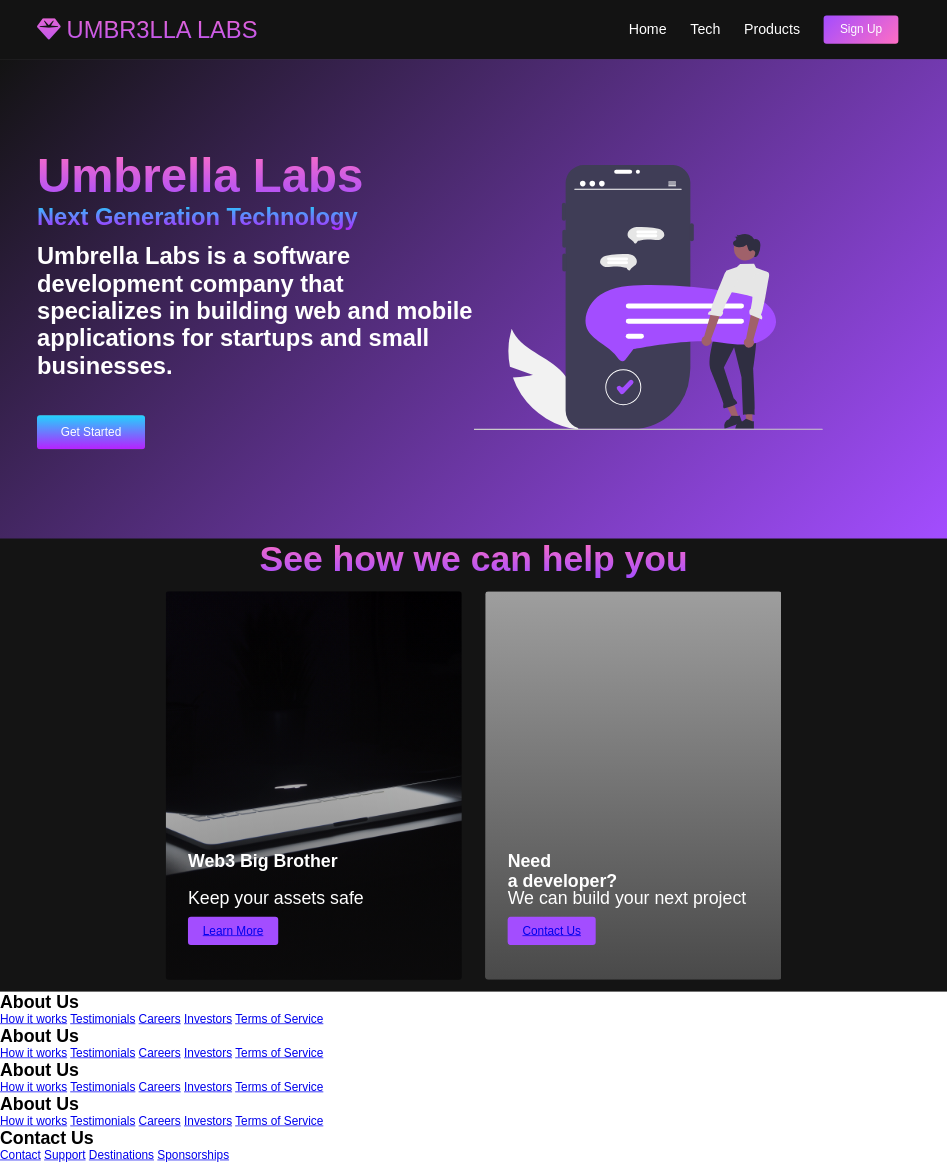
Repository: MikeeBuilds/umbr3lla
Page: index.html
These files come from the project's save history. The page is drawn as it stood at one moment and after the next save; the edit follows.
The browser window is 1280 px wide. The pictures show the whole page, at 74% of full size.
Pictures or frames that could not be fetched are drawn as grey boxes. Some web fonts or font styles are not loaded; a fallback is used. Some web libraries are served in a nearby version.

Above is the page before, as saved 2023-05-27 21:21:56.

### index.html
<!DOCTYPE html>
<html lang="en">
  <head>
    <meta charset="UTF-8" />
    <meta http-equiv="X-UA-Compatible" content="IE=edge" />
    <meta name="viewport" content="width=device-width, initial-scale=1.0" />
    <title>Umbr3lla Labs</title>
    <link
      rel="stylesheet"
      href="https://cdnjs.cloudflare.com/ajax/libs/font-awesome/5.15.3/css/all.min.css"
    />

    <link rel="stylesheet" href="styles.css" />
    <script src="https://kit.fontawesome.com/f8f61e487a.js" crossorigin="anonymous"></script>
    <link rel="stylesheet" href="https://fonts.goggleapis.com/css2?family=Kumbh+Sans:wght@400;700&display=swap">
  </head>
  <body>
    <!-- Navbar Section -->
    <nav class="navbar">
      <div class="navbar__container">
        <a href="/" id="navbar__logo">

          <i class="fas fa-gem "></i>  UMBR3LLA LABS</a>
        <div class="navbar__toggle" id="mobile-menu">
          <span class="bar"></span>
          <span class="bar"></span>
          <span class="bar"></span>
        </div>

        <ul class="navbar__menu">
          <li class="navbar__item">
            <a href="/" class="navbar__links"> Home </a>
          </li>
          <li class="navbar__item">
            <a href="/tech.html" class="navbar__links"> Tech </a>
          </li>
          <li class="navbar__item">
            <a href="/" class="navbar__links"> Products </a>
          </li>
          <li class="navbar__btn">
            <a href="/" class="button"> Sign Up </a>
          </li>
        </ul>
      </div>
    </nav>

    <!-- Hero Section -->
    <div class="main">
        <div class="main__container">
            <div class="main__content">
                <h1>Umbrella Labs</h1>
                <h2>
                    Next Generation Technology
                </h2>
                <p>Umbrella Labs is a software development company that specializes in building web and mobile applications for startups and small businesses.</p>
                <button class="main__btn"><a href="/">Get Started</a></button>
            </div>
            <div class="main__img--container">
                <img src="images/pic1.svg" alt="pic" id="main__img">
        </div>
    </div>

    <!-- Services Section -->
    <div class="services">
        <h1>See how we can help you</h1>
        <div class="services__container">
            <div class="services__card">
                <h2>Web3 Big Brother</h2>
                <p>
                    Keep your assets safe
                </p>
                <button class="services__btn"><a href="/">Learn More</a></button>
            </div>
            <div class="services__card">
                <h2>
                    Need
                    <br/>
                    a developer?

                </h2>
                <p>
                    We can build your next project
                </p>
                <button class="services__btn"><a href="/">
                    Contact Us
                </a></button>
            </div>
        </div>
    </div>

    <!-- Footer Section -->
    <div class="footer__container">
      <div class="footer__links">
        <div class="footer__link--wrapper">
          <div class="footer__link--items">
            <h2>About Us</h2>
            <a href="/">How it works</a>
            <a href="/">Testimonials</a>
            <a href="/">Careers</a>
            <a href="/">Investors</a>
            <a href="/">Terms of Service</a>
          </div>
          <div class="footer__link--items">
            <h2>About Us</h2>
            <a href="/">How it works</a>
            <a href="/">Testimonials</a>
            <a href="/">Careers</a>
            <a href="/">Investors</a>
            <a href="/">Terms of Service</a>
          </div>
        </div>
        <div class="footer__link--wrapper">
          <div class="footer__link--items">
            <h2>About Us</h2>
            <a href="/">How it works</a>
            <a href="/">Testimonials</a>
            <a href="/">Careers</a>
            <a href="/">Investors</a>
            <a href="/">Terms of Service</a>
          </div>
          <div class="footer__link--items">
            <h2>About Us</h2>
            <a href="/">How it works</a>
            <a href="/">Testimonials</a>
            <a href="/">Careers</a>
            <a href="/">Investors</a>
            <a href="/">Terms of Service</a>
          </div>
          <div class="footer__link--items">
            <h2>Contact Us</h2>
            <a href="/">Contact</a>
            <a href="/">Support</a>
            <a href="/">Destinations</a>
            <a href="/">Sponsorships</a>
          </div>
        </div>
        <div class="footer__link--wrapper">

        </div>
      </div>
    </div>


    <script src="app.js"></script>
  </body>
</html>

### styles.css
* {
    box-sizing: border-box;
    margin: 0;
    padding: 0;
    font-family: 'Kumbh Sans', sans-serif;
}

.navbar {
    background: #131313;
    height: 80px;
    display: flex;
    justify-content: center;
    align-items: center;
    font-size: 1.2rem;
    position: sticky;
    top: 0;
    z-index: 999;
}

.navbar__container {
    display: flex;
    justify-content: space-between;
    height: 80px;
    z-index: 1;
    width: 100%;
    max-width: 1300px;
    margin: 0 auto;
    padding: 0 50px;
}

#navbar__logo {
    background-color: #ff8177;
    background-image: linear-gradient(to top,  #a34dff, #ff6ec4);
    background-size: 100%;
    -webkit-background-clip: text;
    -moz-background-clip: text;
    -webkit-text-fill-color: transparent;
    -moz-text-fill-color: transparent;
    display: flex;
    align-items: center;
    cursor: pointer;
    text-decoration: none;
    font-size: 2rem;
}

.fa-gem {
    margin-right: 0.5rem;
}

.navbar__menu {
    display: flex;
    align-items: center;
    list-style: none;
    text-align: center;
}

.navbar__item {
    height: 80px;
}

.navbar__links {
    color: #fff;
    display: flex;
    align-items: center;
    text-decoration: none;
    padding: 0.5rem 1rem;
    height: 100%;
}

.navbar__btn {
    display: flex;
    align-items: center;
    justify-content: center;
    padding: 0 1rem;
    width: 100%;
    height: 100%;
    border: none;
    outline: none;
}

.button {
    border-radius: 4px;
    background: linear-gradient(135deg, #a34dff, #ff6ec4);
    padding: 10px 22px;
    color: #fff;
    font-size: 16px;
    outline: none;
    border: none;
    cursor: pointer;
    transition: all 0.2s ease-in-out;
    text-decoration: none;
}

.button:hover {
    transition: all 0.2s ease-in-out;
    background: linear-gradient(135deg, #ff6ec4, #a34dff);
    color: #fff;
}

.navbar__links:hover {
    color: #ff6ec4;
    transition: all 0.3s ease;
}



@media screen and (max-width: 960px) {
    .navbar__container {
        display: flex;
        justify-content: space-between;
        height: 80px;
        z-index: 1;
        width: 100%;
        max-width: 1300px;
        padding: 0 24px;
    }


    .navbar__menu {
        display: grid;
        grid-template-columns: auto;
        margin: 16px 0;
        width: 100%;
        position: absolute;
        top: -1000px;
        opacity: 0;
        transition: all 0.5s ease;
        height: 50vh;
        z-index: 1;
    }

    .navbar__menu.active {
        background: #131313;
        top: 100%;
        opacity: 1;
        transition: all 0.5s ease;
        z-index: 1;
        height: 50vh;
        font-size: 1.6rem;
    }

    #navbar__logo {
        display: flex;
        justify-content: start;
        position: absolute;
        top: 0;
        left: 0;
        transform: translate(25%, 50%);
    }

    .navbar__toggle .bar {
        width: 25px;
        height: 3px;
        margin: 5px auto;
        transition: all 0.3s ease-in-out;
        background: #fff;
    }

    .navbar__item {
        width: 100%;
    }

    .navbar__links {
        text-align: center;
        padding: 2rem;
        width: 100%;
        display: table;
    }

    #mobile-menu {
        position: absolute;
        top: 20%;
        right: 5%;
        transform: translate(5%, 20%);
    }

    .navbar__btn {
        padding: 2rem;
    }

    .button {
        display: flex;
        justify-content: center;
        align-items: center;
        width: 80%;
        height: 80px;
        margin: 0;
    }

    .navbar__toggle .bar {
        display: block;
        cursor: pointer;
    }

    #mobile-menu.is-active .bar:nth-child(2) {
        opacity: 0;
    }

    #mobile-menu.is-active .bar:nth-child(1) {
        transform: translateY(8px) rotate(45deg);
    }

    #mobile-menu.is-active .bar:nth-child(3) {
        transform: translateY(-8px) rotate(-45deg);
    }


}

/* Hero Section CSS */

.main {
    background: #131313;
    height: 100vh;
    max-height: 1100px;
    position: relative;
}

.main__container {
    display: grid;
    grid-template-columns: 1fr 1fr;
    justify-self: center;
    margin: 0 auto;
    height: 90vh;
    align-items: center;
    background: linear-gradient(135deg, #131313 0%, #a34dff 100%);
    z-index: 1;
    width: 100%;
    max-width: 1300px;
    padding: 0 50px;
}


.main__content h1 {
    font-size: 4rem;
    background-color: #a34dff;
    background-image: linear-gradient(to top,  #a34dff, #ff6ec4);
    background-size: 100%;
    -webkit-background-clip: text;
    -moz-background-clip: text;
    -webkit-text-fill-color: transparent;
    -moz-text-fill-color: transparent;
}

.main__content h2 {
    font-size: 2rem;
    background-color: #a34dff;
    background-image: linear-gradient(to top,  #b721ff, #21d4fd);
    background-size: 100%;
    -webkit-background-clip: text;
    -moz-background-clip: text;
    -webkit-text-fill-color: transparent;
    -moz-text-fill-color: transparent;
}

.main__content p {
    margin: 1rem 0;
    font-size: 2rem;
    font-weight: 700;
    color: #fff;
}

.main__btn {
    font-size: 1rem;
    background-image: linear-gradient(to top, #b721ff 0%, #21d4fd 100%);
    padding: 14px 32px;
    border-radius: 4px;
    border: none;
    color: #fff;
    cursor: pointer;
    margin-top: 2rem;
    position: relative;
    transition: all 0.35s;
    outline: none;
}

.main__btn:hover {
    background-image: linear-gradient(to top, #21d4fd 0%, #b721ff 100%);
    transform: translateY(-2px);
    box-shadow: 0 10px 20px rgba(0, 0, 0, 0.2);
}

.main__btn a {
    position: relative;
    z-index: 2;
    color: #fff;
    text-decoration: none;
}

.main__btn::after {
    content: "";
    position: absolute;
    z-index: 1;
    top: 0;
    left: 0;
    width: 0%;
    height: 100%;
    background-image: linear-gradient(to top, #b721ff 0%, #21d4fd 100%);
    transition: all 0.35s;
    border-radius: 4px;
}

#main__img {
    height: 80%;
    width: 80%;
}

/* Mobile Responsive */

@media screen and (max-width: 768px) {
    .main__container {
        display: grid;
        grid-template-columns: auto;
        align-items: center;
        justify-self: center;
        margin: 0 auto;
        width: 100%;
        height: 90vh;
    }

    .main__content {
        margin-bottom: 4rem;
        text-align: center;
    }

    .main__content h1 {
        font-size: 2.5rem;
        margin-top: 2rem;
    }

    .main__content h2 {
        font-size: 3rem;
    }

    .main__content p {
        margin-top: 1rem;
        font-size: 1.5rem;
    }
}

@media screen and (max-width: 480px) {
    .main__content h1 {
        font-size: 2rem;
        margin-top: 3rem;
    }

    .main__content h2 {
        font-size: 2rem;
    }

    .main__content p {
        margin-top: 2rem;
        font-size: 1.5rem;
    }

    .main__btn {
        margin: 2.5rem 0;
        padding: 12px 36px;
    }
}

/* Services section css */

.services {
    background: #141414;
    display: flex;
    flex-direction: column;
    align-items: center;
    height: auto;
    max-height: 1300px;
    position: relative;
    overflow: hidden;
}

.services h1 {
    font-size: 3rem;
    background-color: #a34dff;
    background-image: linear-gradient(to top,  #a34dff, #ff6ec4);
    background-size: 100%;
    -webkit-background-clip: text;
    -moz-background-clip: text;
    -webkit-text-fill-color: transparent;
    -moz-text-fill-color: transparent;
}

.services__container {
    display: flex;
    justify-content: center;
    flex-wrap: wrap;
    margin: 0 auto;
    padding: 0 50px;
    width: 100%;
}

.services__card {
    margin: 1rem;
    height: 525px;
    width: 400px;
    border-radius: 4px;
    background-image: linear-gradient(to bottom, rgba(0,0,0,0) 0%, rgba(17,17,17,0.6) 100%), url('/images/pic3.jpg');
    background-size: cover;
    background-position: center;
    position: relative;
    color: #fff;
}

.services__card:nth-child(2) {
    background-image: linear-gradient(to bottom, rgba(0,0,0,0) 0%, rgba(17,17,17,0.6) 100%), url('/images/pic4.jpg');
}

.services h2 {
    position: absolute;
    top: 350px;
    left: 30px;
}

.services__card p {
    position: absolute;
    top: 400px;
    left: 30px;
    font-size: 1.5rem;
}

.services__card button {
    color: #fff;
    padding: 10px 20px;
    outline: none;
    border: none;
    border-radius: 4px;
    background: #a34dff;
    cursor: pointer;
    position: absolute;
    top: 440px;
    left: 30px;
    font-size: 1rem;
}

.services__card:hover {
    transform: scale(1.075);
    transition: all 0.35s;
    cursor: pointer;
}

@media screen and (max-width: 960px) {
    .services {
        height: 1600px;
    }

    .services h1 {
        font-size: 2rem;
        margin-top: 12rem;
    }
}

@media screen and (max-width: 480px ) {
    .services p {
        height: 1400px;
    }

    .services h1 {
        font-size: 2rem;
        margin-top: 12rem;
    }

    .services__card {
        height: 400px;
        width: 300px;
    }
}

/* Footer CSS */

### app.js
const menu = document.querySelector('#mobile-menu')
const menuLinks = document.querySelector('.navbar__menu')

menu.addEventListener('click', function() {
    menu.classList.toggle('is-active')
    menuLinks.classList.toggle('active')
})

After the next save:
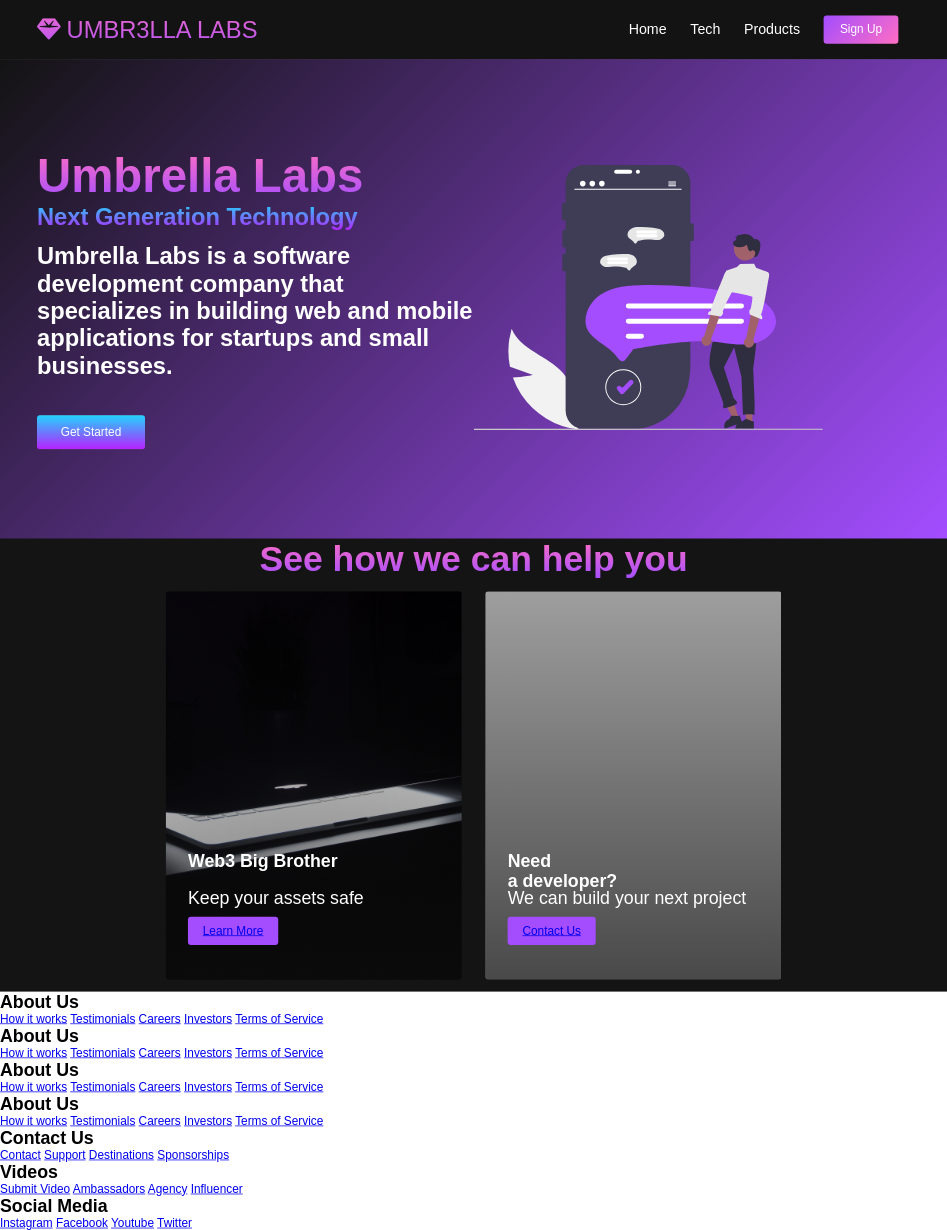
Saved 10 s later.
--- a/index.html
+++ b/index.html
@@ -135,7 +135,20 @@
           </div>
         </div>
         <div class="footer__link--wrapper">
-
+          <div class="footer__link--items">
+            <h2>Videos</h2>
+            <a href="/">Submit Video</a>
+            <a href="/">Ambassadors</a>
+            <a href="/">Agency</a>
+            <a href="/">Influencer</a>
+          </div>
+          <div class="footer__link--items">
+            <h2>Social Media</h2>
+            <a href="/">Instagram</a>
+            <a href="/">Facebook</a>
+            <a href="/">Youtube</a>
+            <a href="/">Twitter</a>
+          </div>
         </div>
       </div>
     </div>
